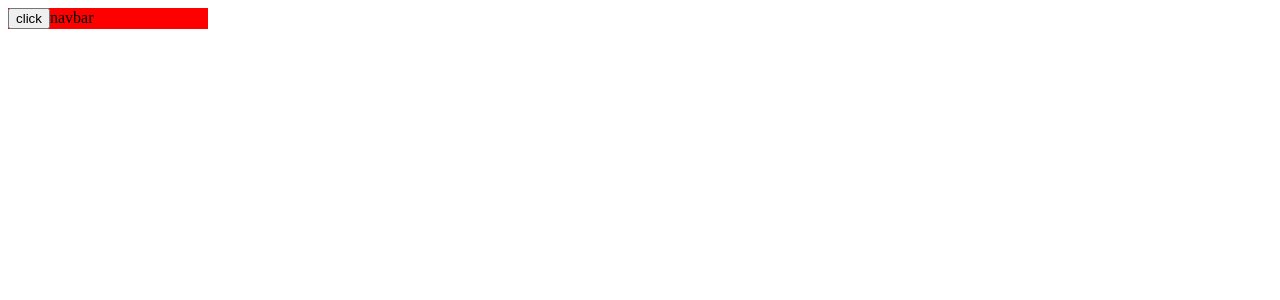
Repository: zenghao518518/React
Page: /
These files come from the project's save history. The page is drawn as it stood at one moment and after the next save; the edit follows.
The browser window is 1280 px wide. The pictures show the whole page.
The project was rebuilt for these pictures with package versions that can differ from the ones it lists, and the page was loaded fresh each time.

Above is the page before, as saved 2023-08-02 16:45:08.

### src/index.js
import React from 'react';
//import ReactDOM from 'react-dom';
import ReactDOM from 'react-dom/client'
//import './01-base/01-class组件'
//ReactDOM.render(<div>111111</div>,document.getElementById('root'))                    //);
//import App from './01-base/01-class组件'
//import App from './01-base/02-函数式组件'
//import App from './01-base/03-组件的嵌套'
//import App from './01-base/04-组件的样式'
//import App from './01-base/05-事件绑定-1'
//import App from './01-base/06-事件绑定-2'
//import App from './01-base/07-ref'
//import App from './01-base/08-state'
//import App from './01-base/09-数组渲染'
//import App from './01-base/10-todolist'
//import App from './01-base/12-卖座选项卡'
//import App from './01-base/13-setState同步异步'
//import App from './01-base/14-betterScroll'
//import App from './01-base/15-betterscroll-cinema'
//import App from './01-base/16-prop'
//import App from './01-base/17-props函数式组件'
//import App from './01-base/18-状态vs属性'
//import App from './01-base/19-非受控'
//import App from './01-base/20-受控'
//import App from './01-base/21-受控Cinema'
//import App from './01-base/22-受控todolist'
import App from './02-advanced/01-子传父'

let root = ReactDOM.createRoot(document.getElementById('root'));
//root.render(<div>111111</div>);
root.render(<React.StrictMode><App></App></React.StrictMode>);
//root.render(<App></App>);

### src/02-advanced/01-子传父.js
import React, { Component } from "react";

class Navbar extends Component {
  render() {
    return (
      <div style={{ background: "red", width: "200px" }}>
        <button
          onClick={() => {

            console.log("子通知父， 让父的isSHow 取反。", this.props.event);
            this.props.event(); //调用父组件传来啊的回调函数
          }}
        >
          click
        </button>
        <span>navbar</span>
      </div>
    );
  }
}

class Sidebar extends Component {
  render() {
    return (
      <div style={{ background: "yellow" }}>
        <ul>
          <li>111111</li>
          <li>111111</li>
          <li>111111</li>
          <li>111111</li>
          <li>111111</li>
          <li>111111</li>
          <li>111111</li>
          <li>111111</li>
          <li>111111</li>
          <li>111111</li>
        </ul>
      </div>
    );
  }
}

export default class App extends Component {
  state = {
    isshow: false,
  };

  handleEvent=()=>{
    this.setState({
        isshow: !this.state.isshow,
      });
    console.log("父组件定义的event事件");
  }
  render() {
    return (
      <div>
        {/* 谁能让父组件函数执行 */}
        <Navbar
          event={this.handleEvent}
        />

        {/* 在父组件中的能使用，但是移到子组件中不能 */}
        {/* <button
          onClick={() => {
            this.setState({
              isshow: !this.state.isshow,
            });
          }}
        >
          click
        </button> */}

        {this.state.isshow && <Sidebar />}
      </div>
    );
  }
}

Loaded but not shown: public/index.html (common file)

After the next save:
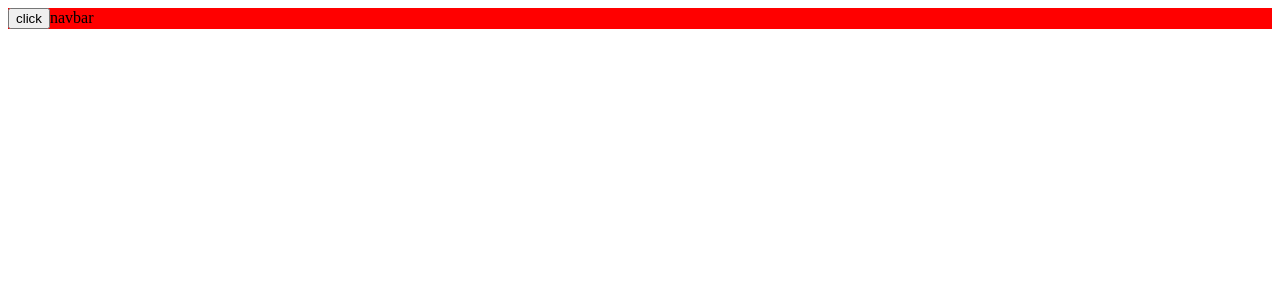
Saved 112 s later.
--- a/src/02-advanced/01-子传父.js
+++ b/src/02-advanced/01-子传父.js
@@ -3,7 +3,7 @@ import React, { Component } from "react";
 class Navbar extends Component {
   render() {
     return (
-      <div style={{ background: "red", width: "200px" }}>
+      <div style={{ background: "red"}}>
         <button
           onClick={() => {
 
@@ -22,7 +22,7 @@ class Navbar extends Component {
 class Sidebar extends Component {
   render() {
     return (
-      <div style={{ background: "yellow" }}>
+      <div style={{ background: "yellow" , width: "200px" }}>
         <ul>
           <li>111111</li>
           <li>111111</li>
